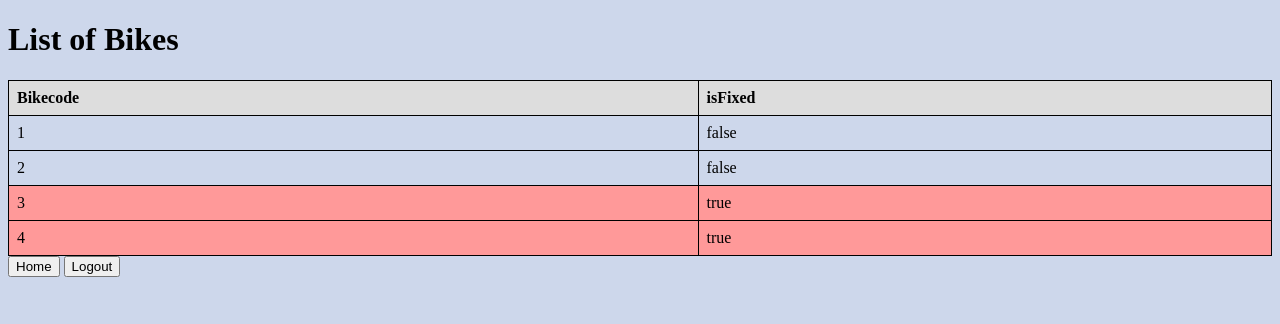
Repository: salveendutt/Bike-Reservation-App
Page: Desktop/SE2_REPO/templates/bike_list.html
These files come from the project's save history. The page is drawn as it stood at one moment and after the next save; the edit follows.
The browser window is 1280 px wide. The pictures show the whole page.
The template is drawn by Django 4.2. The application's start-up code is not run. Other server files are loaded and not shown. The template is opened directly, without the code that normally fills it, so the values that code supplies are empty.

Above is the page before, as saved 2023-04-22 18:48:35.

### Desktop/SE2_REPO/templates/bike_list.html
<!DOCTYPE html>
<html>
<head>
	<title>Bikes List</title>
    <style>
        body {
            background-color: rgb(205, 215, 235);
        }
        table {
            border-collapse: collapse;
            width: 100%;
        }
        th, td {
			padding: 8px;
			text-align: left;
			border: 1px solid black;
		}
		th {
			background-color: #dddddd;
		}
		.is-fixed {
			background-color: #ff9999;
		}
    </style>
</head>
<body>
	<h1>List of Bikes</h1>
    <table>
		<thead>
			<tr>
				<th>Bikecode</th>
				<th>isFixed</th>
			</tr>
		</thead>
		<tbody id="bikes-list"></tbody>
	</table>
	<button id="home-button">Home</button>
    <button id="logout-button">Logout</button>
	<script>
		const bikes = [
			{ Bikecode: 1, isFixed: false },
			{ Bikecode: 2, isFixed: false },
			{ Bikecode: 3, isFixed: true },
			{ Bikecode: 4, isFixed: true }
		];

		const bikesList = document.getElementById('bikes-list');

		bikes.forEach(bike => {
			const tr = document.createElement('tr');
			const bikecodeTd = document.createElement('td');
			bikecodeTd.textContent = bike.Bikecode;
			tr.appendChild(bikecodeTd);
			const isfixedTd = document.createElement('td');
			isfixedTd.textContent = bike.isFixed;
			tr.appendChild(isfixedTd);
			if (bike.isFixed) {
				tr.classList.add('is-fixed');
			}
			bikesList.appendChild(tr);
		});

        const homeButton = document.getElementById('home-button');
		homeButton.addEventListener('click', () => {
			window.location.href = '/';
		});
	</script>
</body>
</html>

After the next save:
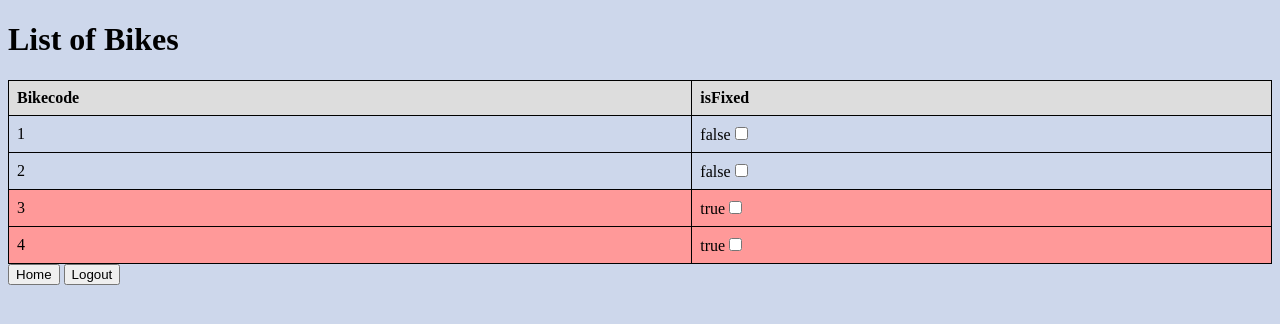
Saved 5 min 3 s later.
--- a/Desktop/SE2_REPO/templates/bike_list.html
+++ b/Desktop/SE2_REPO/templates/bike_list.html
@@ -52,7 +52,18 @@
 			bikecodeTd.textContent = bike.Bikecode;
 			tr.appendChild(bikecodeTd);
 			const isfixedTd = document.createElement('td');
+			const isfixedCheckbox = document.createElement('input');
+			isfixedCheckbox.type = 'checkbox';
 			isfixedTd.textContent = bike.isFixed;
+            isfixedCheckbox.addEventListener('change', () => {
+                bike.isFixed = isfixedCheckbox.checked;
+                if(bike.isFixed) {
+                    tr.classList.add('is-fixed');
+                }else {
+                    tr.classList.remove('is-fixed');
+                }
+            });
+            isfixedTd.appendChild(isfixedCheckbox);
 			tr.appendChild(isfixedTd);
 			if (bike.isFixed) {
 				tr.classList.add('is-fixed');
